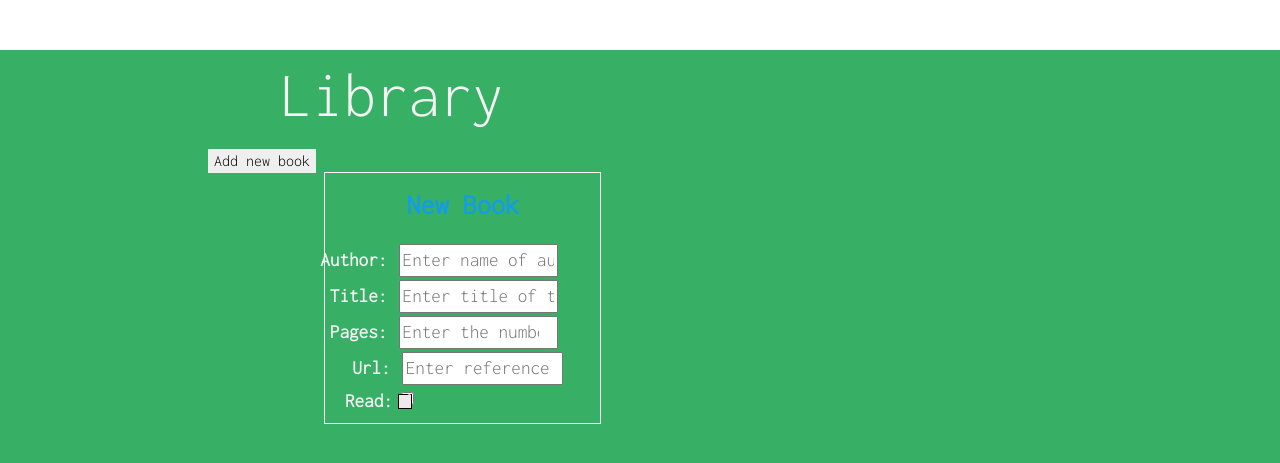
Repository: 0101chaitanya/Library
Page: index.html
The author's editor kept a copy of each file at every save. The page is drawn from the files as they stood at one save, then again after the next save.
The browser window is 1280 px wide. The pictures show the whole page.

Above is the page before, as saved 2021-06-03 17:58:12.

After the next save:
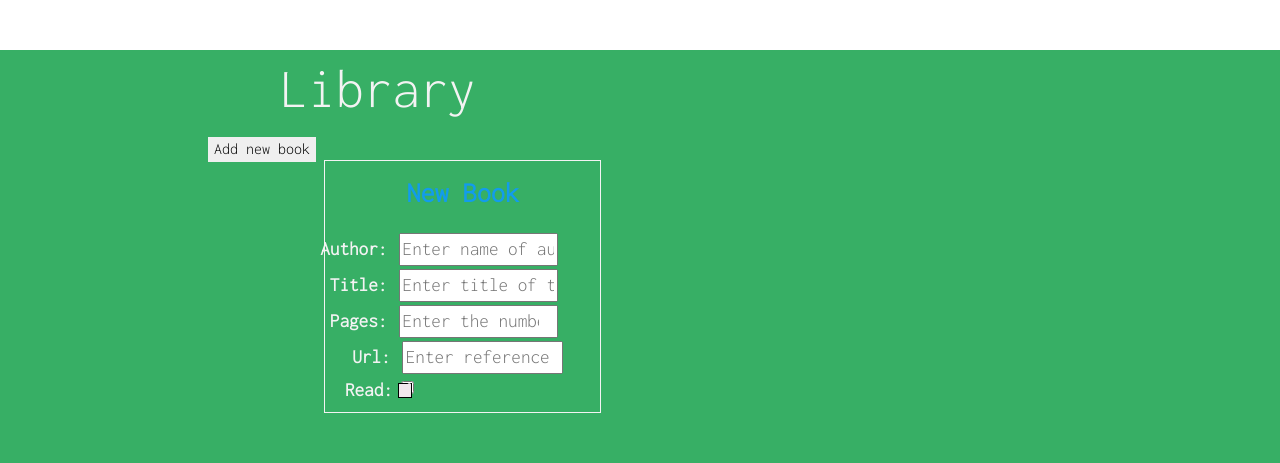
Saved 7 s later.
--- a/styles.css
+++ b/styles.css
@@ -31,7 +31,7 @@
 
   header {
       font-weight: 400;
-      font-size: 4rem;
+      font-size: 3.5rem;
       margin-top: 0rem;
   }
 
